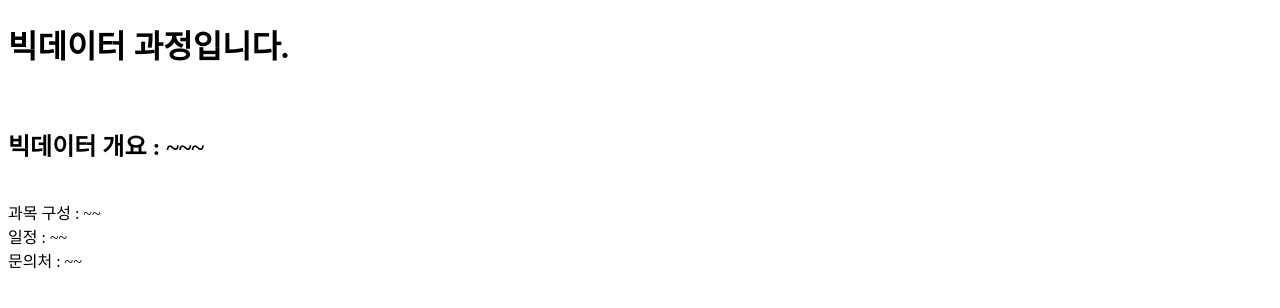
Repository: ybshim90/sesac1
Page: day_20211216_03_hello/src/main/webapp/hello.html
These files come from the project's save history. The page is drawn as it stood at one moment and after the next save; the edit follows.
The browser window is 1280 px wide. The pictures show the whole page.

Above is the page before, as saved 2021-12-16 07:28:56.

After the next save:
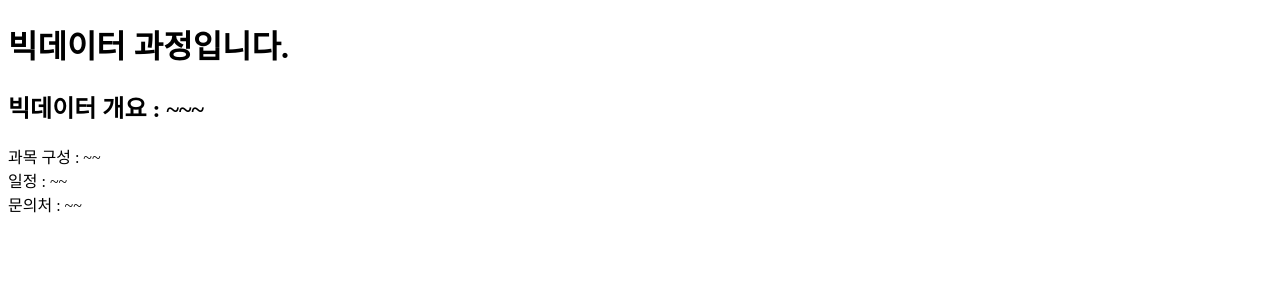
Saved 81 s later.
--- a/day_20211216_03_hello/src/main/webapp/hello.html
+++ b/day_20211216_03_hello/src/main/webapp/hello.html
@@ -5,8 +5,8 @@
 		<title>빅데이터 과정 소개</title>
 	</head>
 	<body>
-		<h1>빅데이터 과정입니다.</h1><br>
-		<h2>빅데이터 개요 : ~~~</h2><br>
+		<h1>빅데이터 과정입니다.</h1>
+		<h2>빅데이터 개요 : ~~~</h2>
 		과목 구성 : ~~<br>
 		일정 : ~~<br>
 		문의처 : ~~<br>
